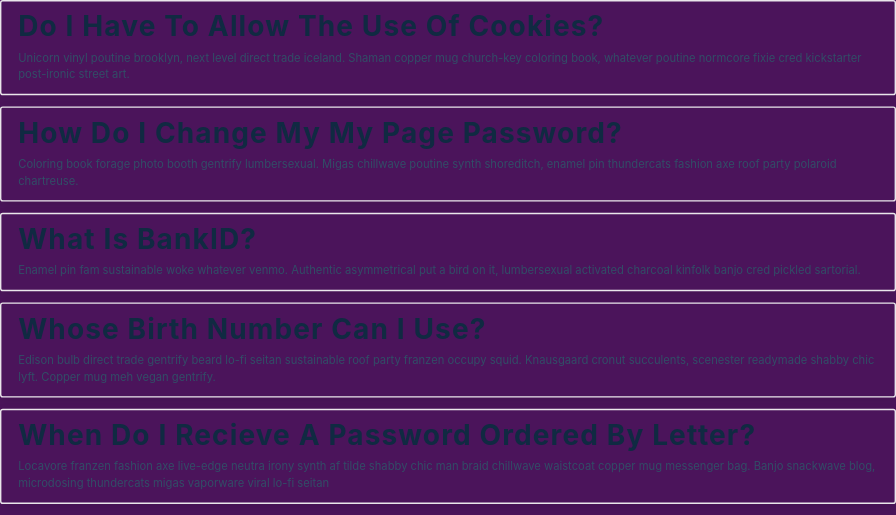
Repository: Reghanoid/Accordion
Page: /
These files come from the project's save history. The page is drawn as it stood at one moment and after the next save; the edit follows.
The browser window is 1280 px wide. The pictures show the part of the page from y = 0 to 1920 px (the page is 736 px tall before and 3600 px after), at 70% of full size.
The project was rebuilt for these pictures with package versions that can differ from the ones it lists, and the page was loaded fresh each time.

Above is the page before, as saved 2022-06-06 14:50:03.

After the next save:
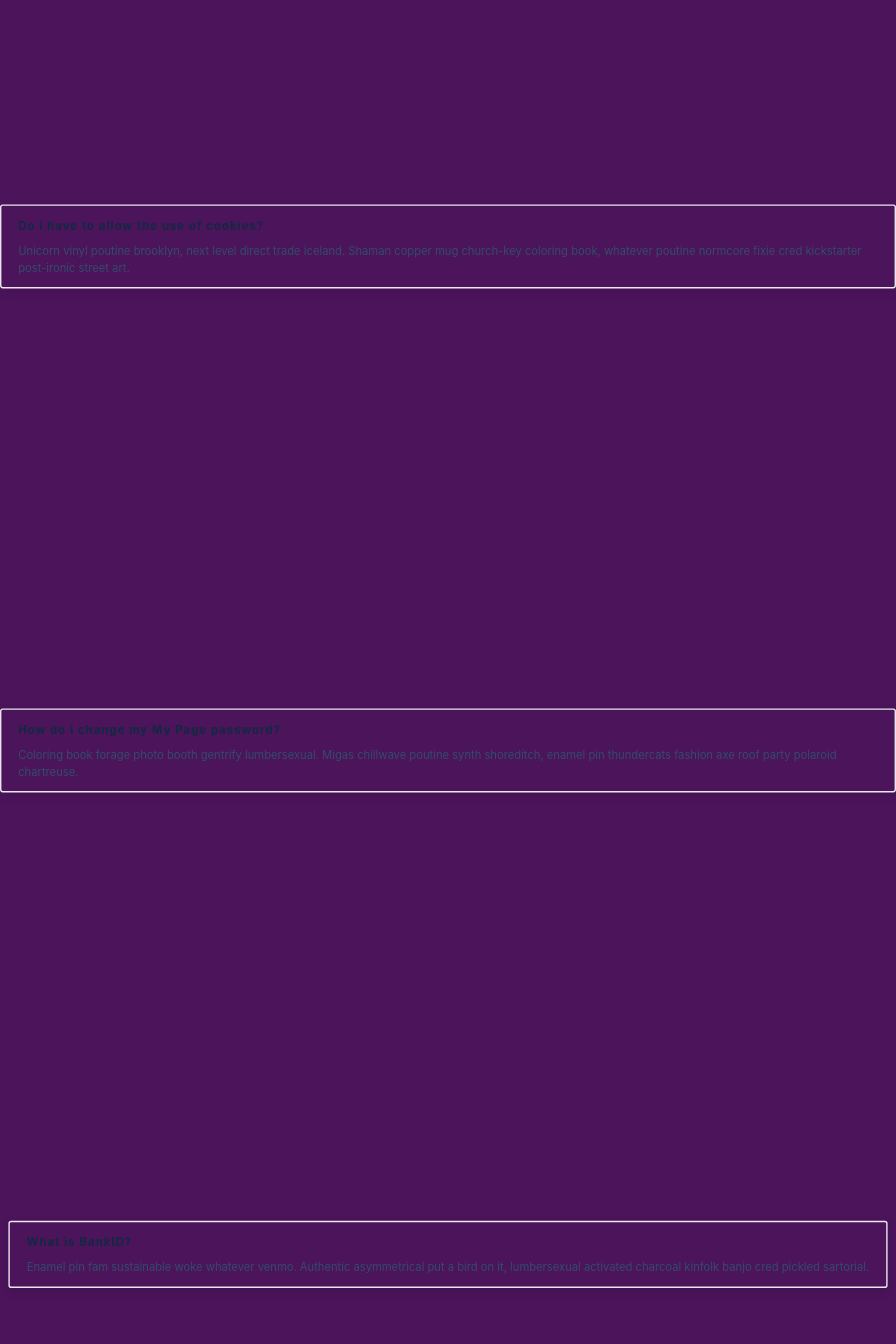
Saved 38 s later.
--- a/src/Question.js
+++ b/src/Question.js
@@ -2,12 +2,12 @@ import React, { useState } from 'react'
 import { AiOutlineMinus, AiOutlinePlus } from 'react-icons/ai'
 const Question = (props) => {
   return (
-    <>
+    <main>
       <div className='question'>
-        <h2> {props.title} </h2>
+        <h4> {props.title} </h4>
         <p> {props.info} </p>
       </div>
-    </>
+    </main>
   )
 }
 
